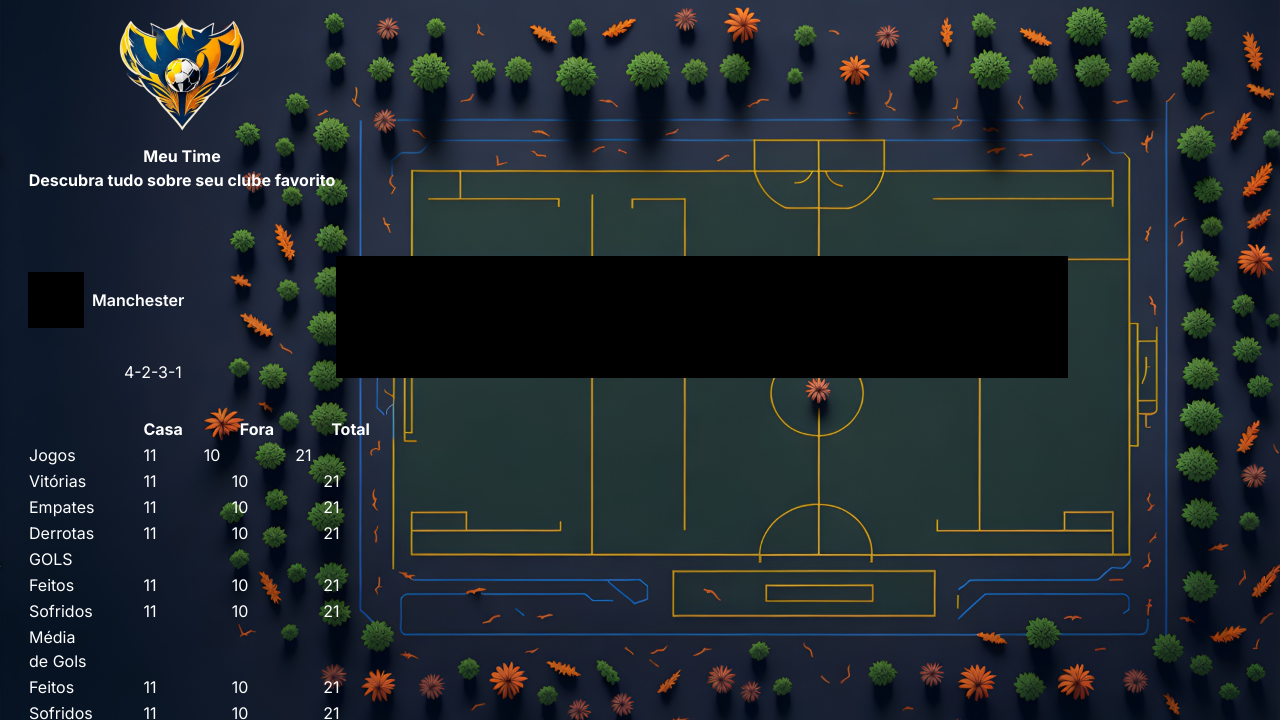
Repository: LuizAGDomingues/MeuTimeApp
Page: /statistics
The author's editor kept a copy of each file at every save. The page is drawn from the files as they stood at one save, then again after the next save.
The browser window is 1280 px wide. The pictures show the whole page.
The project was rebuilt for these pictures with package versions that can differ from the ones it lists, and the page was loaded fresh each time. The framework's server and built-in components were replaced by stand-ins that run in the browser. Also part of the build but not shown: next.config.js.

Above is the page before, as saved 2023-05-26 14:19:14.

### src/app/layout.tsx
"use client"

import './globals.css'
import { Inter } from 'next/font/google'
import { QueryClient, QueryClientProvider } from 'react-query'

const inter = Inter({ subsets: ['latin'] })

const queryClient = new QueryClient()

export const metadata = {
  title: 'Trade test - Football API',
  description: 'Test para vaga front-end da Trade Technology',
}

export default function RootLayout({
  children,
}: {
  children: React.ReactNode
}) {
  return (
    <html lang="pt-br">
      <body className={inter.className}>
        <QueryClientProvider client={queryClient}>
          {children}
        </QueryClientProvider>
      </body>
    </html>
  )
}

### src/app/statistics/page.tsx
import React, { useEffect } from 'react'
import { useRouter } from 'next/router';
import logo from '../../assets/logo.png'
import Image from 'next/image'
import { useQuery } from 'react-query';
import { api } from '@/lib/axios';

function page() {
  // const router = useRouter();
  // const { league, seasonYear, team } = router.query;
  // const API_KEY = process.env.NEXT_PUBLIC_API_KEY;
  // const API_HOST = process.env.NEXT_PUBLIC_API_HOST;

  // useEffect(() => {
  //   // Verificar se as informações estão presentes
  //   if (!league || !seasonYear || !team) {
  //     // Redirecionar para outra página ou exibir uma mensagem de erro
  //     router.push('/');
  //   }
  // }, [league, seasonYear, team]);

  // const { data: timeStatisticsData, isLoading: timeStatisticsLoading, error: timeStatisticsError } = useQuery('timeStatistics', () => {
  //   return api.get('teams', {
  //     headers: {
  //       "x-rapidapi-host": API_HOST,
	// 	    "x-rapidapi-key": API_KEY
  //     }, params: {
  //       league: league,
  //       season: seasonYear,
  //       team: team
  //     }
  //   }).then((response) => response.data.response)
  // })

  // const { data: timeSquadData, isLoading: timeSquadLoading, error: timeSquadError } = useQuery('timeSquad', () => {
  //   return api.get('players/squads', {
  //     headers: {
  //       "x-rapidapi-host": API_HOST,
	// 	    "x-rapidapi-key": API_KEY
  //     },
  //     params: {
  //       team: team
  //     }
  //   }).then((response) => response.data.response)
  // })

  return (
    <section className='statisticpage w-full h-screen px-7 pb-20 text-white'>
      <div className='flex flex-col items-center w-[308px]'>
        <Image src={logo} alt='Logo exemplo'/>
        <span className='text-white font-bold text-center'>Meu Time<br/>Descubra tudo sobre seu clube favorito</span>
      </div>

      <div className='flex justify-between'>

        <div className='flex flex-col items-start w-[308px]'>
          <div className='flex items-center gap-2 mt-20'>
            <div className='w-14 h-14 bg-black'></div>
            <span className='font-semibold'>Manchester</span>
          </div>
          <span className='mt-8 ml-24 mb-8'>4-2-3-1</span>

          <table>
            <thead>
              <tr>
                <th></th>
                <th className="text-center pl-12">Casa</th>
                <th className="text-center pl-14">Fora</th>
                <th className="text-center pl-14">Total</th>
              </tr>
            </thead>
            <tbody>
              <tr>
                <td>Jogos</td>
                <td className="pl-12">11</td>
                <td className="pl-5">10</td>
                <td className="pl-5">21</td>
              </tr>
              <tr>
                <td>Vitórias</td>
                <td className="pl-12">11</td>
                <td className="pl-12">10</td>
                <td className="pl-12">21</td>
              </tr>
              <tr>
                <td>Empates</td>
                <td className="pl-12">11</td>
                <td className="pl-12">10</td>
                <td className="pl-12">21</td>
              </tr>
              <tr>
                <td>Derrotas</td>
                <td className="pl-12">11</td>
                <td className="pl-12">10</td>
                <td className="pl-12">21</td>
              </tr>

              <tr>
                <td>GOLS</td>
              </tr>
              <tr>
                <td>Feitos</td>
                <td className="pl-12">11</td>
                <td className="pl-12">10</td>
                <td className="pl-12">21</td>
              </tr>
              <tr>
                <td>Sofridos</td>
                <td className="pl-12">11</td>
                <td className="pl-12">10</td>
                <td className="pl-12">21</td>
              </tr>

              <tr>
                <td>Média de Gols</td>
              </tr>
              <tr>
                <td>Feitos</td>
                <td className="pl-12">11</td>
                <td className="pl-12">10</td>
                <td className="pl-12">21</td>
              </tr>
              <tr>
                <td>Sofridos</td>
                <td className="pl-12">11</td>
                <td className="pl-12">10</td>
                <td className="pl-12">21</td>
              </tr>
            </tbody>
          </table>
        </div>

        <div className='grid grid-cols-10 gap-4 mr-[13.5rem] mt-16'>
          <div className='w-[88px] h-[122px] bg-black'></div>
          <div className='w-[88px] h-[122px] bg-black'></div>
          <div className='w-[88px] h-[122px] bg-black'></div>
          <div className='w-[88px] h-[122px] bg-black'></div>
          <div className='w-[88px] h-[122px] bg-black'></div>
          <div className='w-[88px] h-[122px] bg-black'></div>
          <div className='w-[88px] h-[122px] bg-black'></div>
          <div className='w-[88px] h-[122px] bg-black'></div>
          <div className='w-[88px] h-[122px] bg-black'></div>
          <div className='w-[88px] h-[122px] bg-black'></div>
        </div>
      </div>

    </section>
  )
}

export default page

### src/app/globals.css
@tailwind base;
@tailwind components;
@tailwind utilities;

.landingpage {
  background-image: url('../assets/background.png');
  background-size: cover;
  background-repeat: no-repeat;
}

.statisticpage {
  background-image: url('../assets/statisticsBackground.png');
  background-size: cover;
  background-repeat: no-repeat;
}

Loaded but not shown: tailwind.config.js (common file)

After the next save:
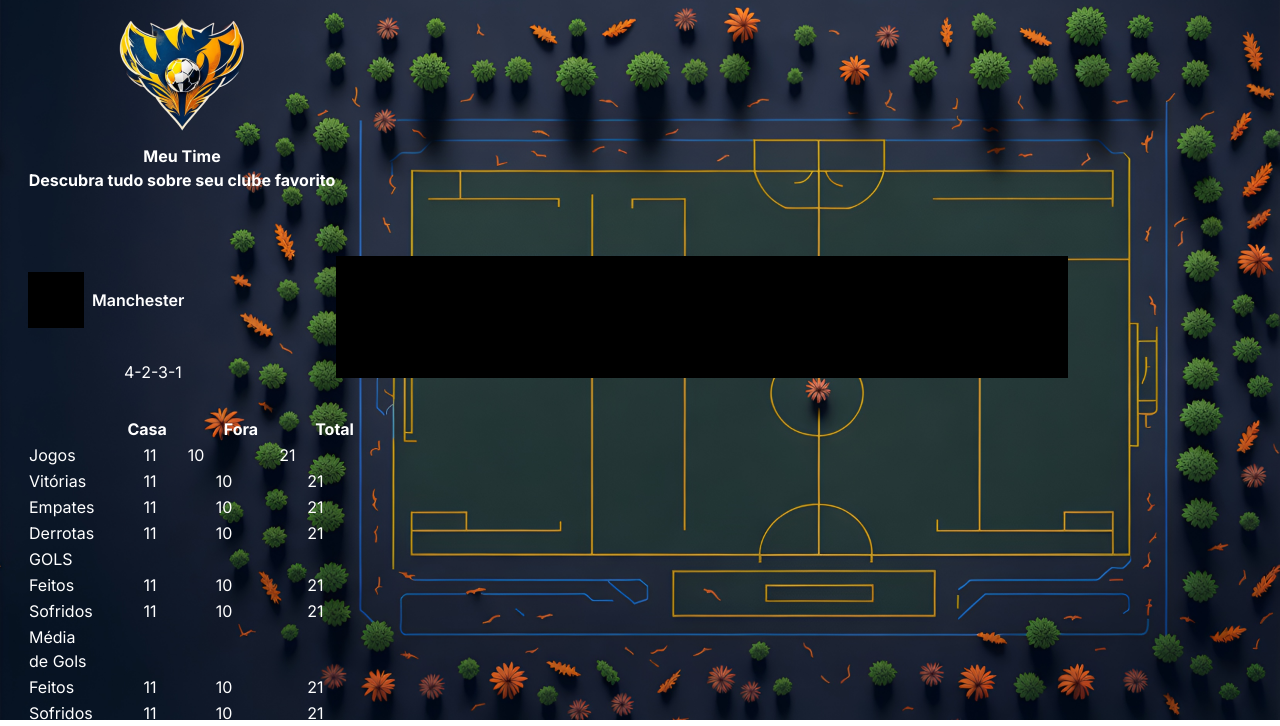
Saved 9 s later.
--- a/src/app/statistics/page.tsx
+++ b/src/app/statistics/page.tsx
@@ -64,7 +64,7 @@ function page() {
             <thead>
               <tr>
                 <th></th>
-                <th className="text-center pl-12">Casa</th>
+                <th className="text-center pl-8">Casa</th>
                 <th className="text-center pl-14">Fora</th>
                 <th className="text-center pl-14">Total</th>
               </tr>
